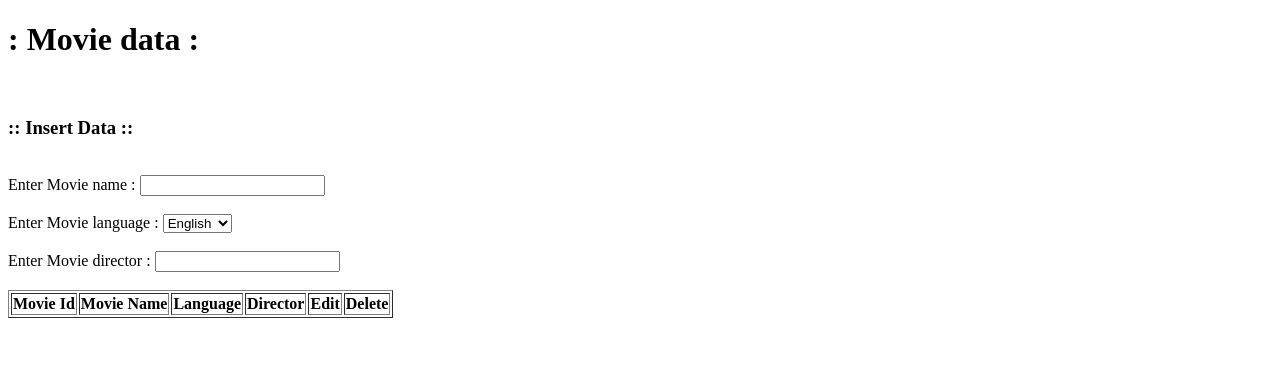
Repository: DivyeshVariya/einfochips_work
Page: http://localhost/Day25_Assignment/WEB-INF/view/home.jsp
The author's editor kept a copy of each file at every save. The page is drawn from the files as they stood at one save, then again after the next save.
The browser window is 1280 px wide. The pictures show the whole page.
The page is served by Tomcat 9. Nobody is signed in. Other server files are loaded and not shown. The template is opened directly, without the code that normally fills it, so the values that code supplies are empty.

Above is the page before, as saved 2023-03-12 10:56:59.

### Day25_Assignment/Day25_Assignment/src/main/webapp/WEB-INF/view/home.jsp
<%@ page language="java" contentType="text/html; charset=ISO-8859-1"
	pageEncoding="ISO-8859-1"%>

<!DOCTYPE html>
<%@taglib prefix="c" uri="http://java.sun.com/jsp/jstl/core"%>
<%@ taglib prefix="spring" uri="http://www.springframework.org/tags"%>
<html>
<head>
<meta charset="ISO-8859-1">
<title>Home Page</title>
</head>
<body>

		<h1>: Movie data :</h1>
		<br>
		<h3>:: Insert Data ::</h3>
		<br>
		<c:if test="${mid==-1}">
		<form action="adddata?mid=-1">
		</c:if>
		<c:if test="${mid!=-1}">
		<form action="adddata?mid=${mid}">
		</c:if>
		<!--<input id="m" type="text" name="mid" value=${mid} >-->
		Enter Movie name : <input type="text" name="mname" value=${mname}>
		<br><br>
		Enter Movie language : <select name="language" value=${language}>
		<option>English</option>
		<option>Hindi</option>
		<option>Gujarati</option>
		</select>
		<br><br>
		Enter Movie director : <input type="text" name="director" value=${director}>
		<br><br>

		<!-- <a href="adddata?mid=-1">Submit Data</a>

		<c:if test="${mid!=-1}">
		<a href="adddate?mid=${mid}">upadte</a>
		</c:if> -->
		</form>
		<table border="1">
			<tr>
				<th>Movie Id</th>
				<th>Movie Name</th>
				<th>Language</th>
				<th>Director</th>
				<th>Edit</th>
				<th>Delete</th>
			</tr>

			<c:forEach items="${movie}" var="m">
				<tr>
					<td>${m.mid}</td>
					<td>${m.mname}</td>
					<td>${m.language}</td>
					<td>${m.director}</td>
					<td><a href="update?mid=${m.mid}">Edit</a></td>
					<td><a href="delete?mid=${m.mid}">Delete</a></td>
				</tr>
			</c:forEach>
		</table>
		<h3>${m}</h3>
</body>
</html>

After the next save:
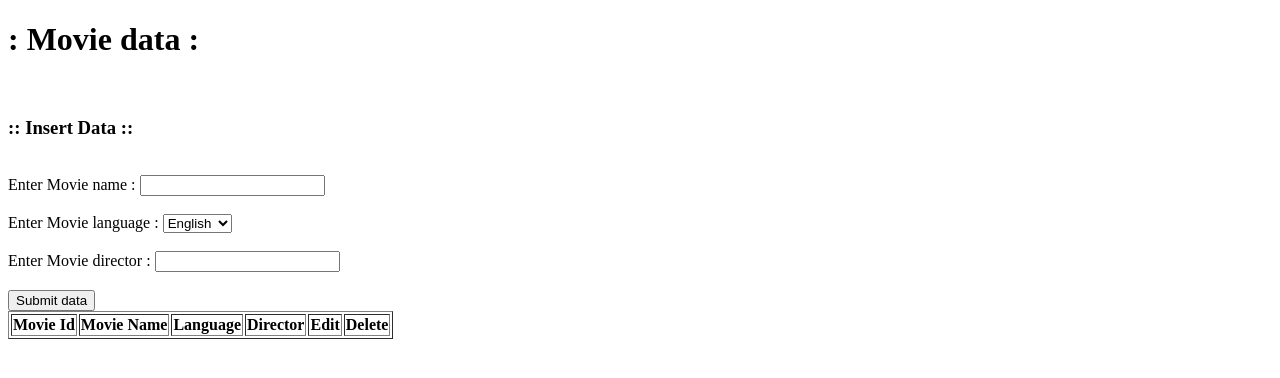
Saved 58 s later.
--- a/Day25_Assignment/Day25_Assignment/src/main/webapp/WEB-INF/view/home.jsp
+++ b/Day25_Assignment/Day25_Assignment/src/main/webapp/WEB-INF/view/home.jsp
@@ -32,7 +32,7 @@
 		<br><br>
 		Enter Movie director : <input type="text" name="director" value=${director}>
 		<br><br>
-
+		<button type="submit">Submit data</button>
 		<!-- <a href="adddata?mid=-1">Submit Data</a>
 
 		<c:if test="${mid!=-1}">
